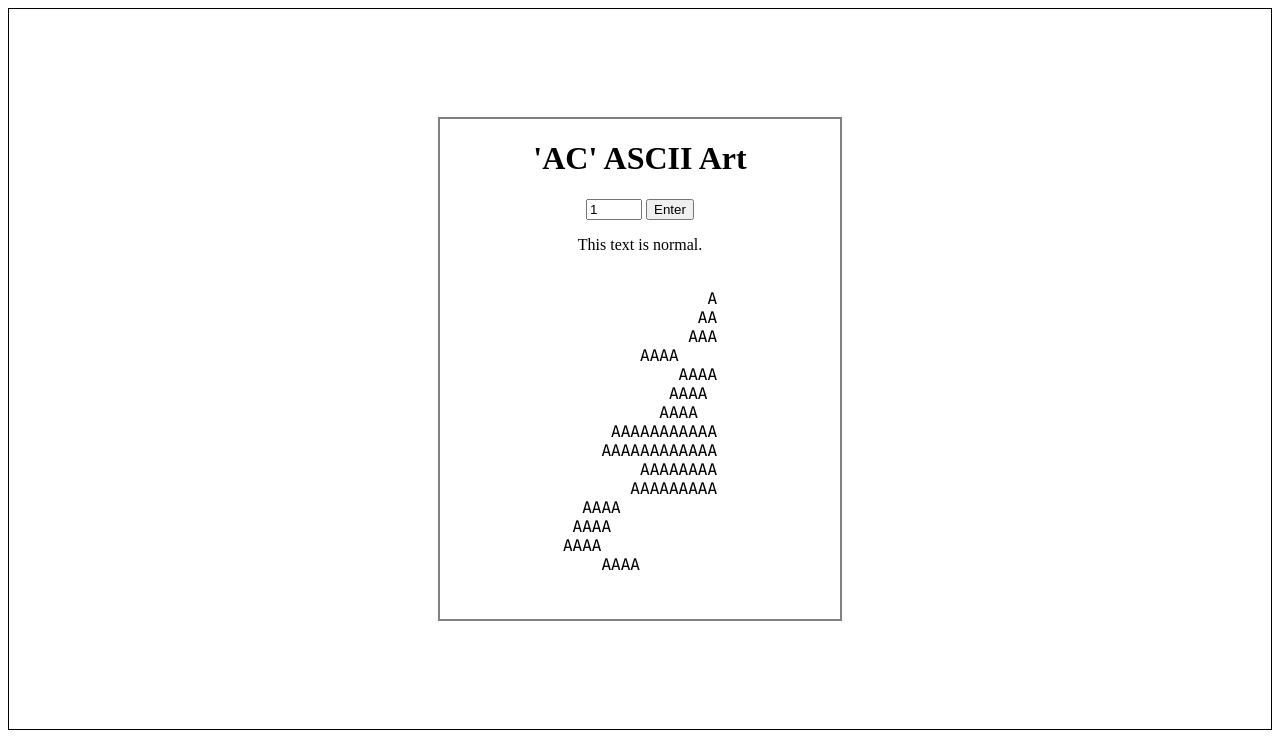
Repository: Achorn/ascii-art
Page: index.html
An editor plug-in stored every save of this project. The page is shown before and after the next save, followed by the edit.
The browser window is 1280 px wide. The pictures show the whole page.

Above is the page before, as saved 2021-08-09 17:22:04.

After the next save:
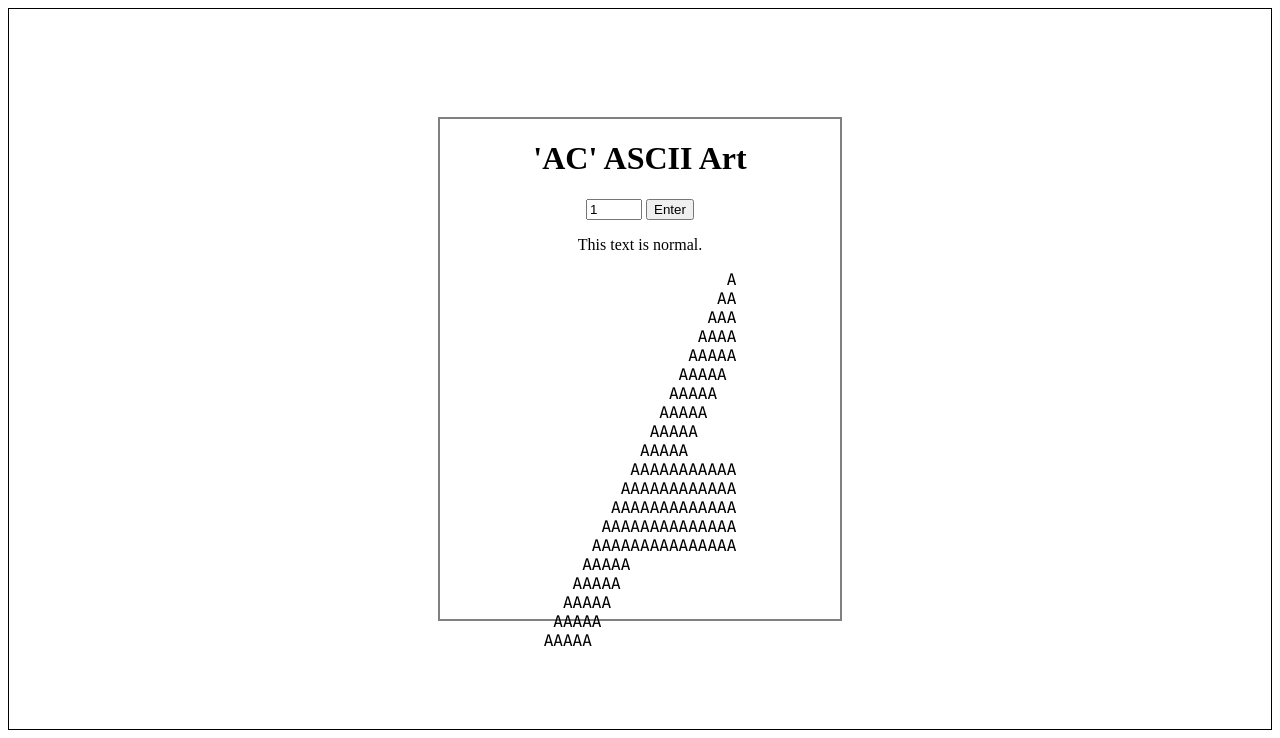
Saved 5 s later.
--- a/myscripts.js
+++ b/myscripts.js
@@ -191,7 +191,7 @@ function trimA(arr, lWidth) {
 }
 
 let mono = document.getElementById("mono");
-let scaled = scaleSpread(four, 4);
+let scaled = scaleSpread(four, 5);
 trimA(scaled, 5);
 
 // mono.innerHTML = arrToString(scaleSpread(four, 3));
